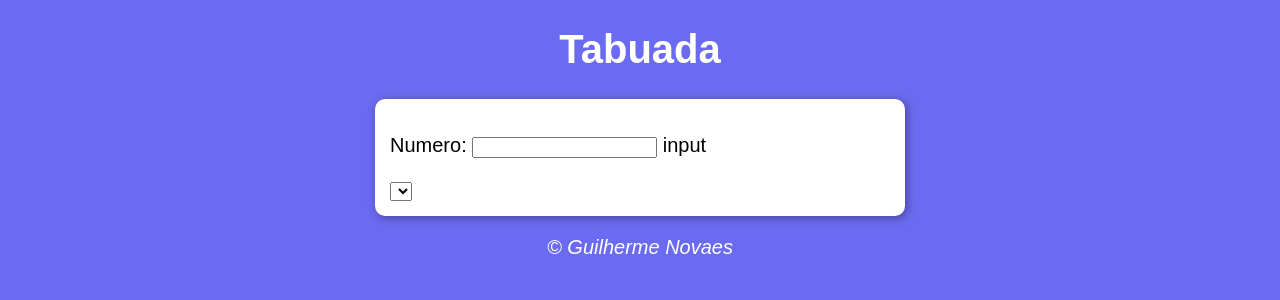
Repository: Guilherme-RNovaes/JavaScript-Curso
Page: Aula 14ex/ex017/index.html
An editor plug-in stored every save of this project. The page is shown before and after the next save, followed by the edit.
The browser window is 1280 px wide. The pictures show the whole page.

Above is the page before, as saved 2022-09-10 09:32:46.

After the next save:
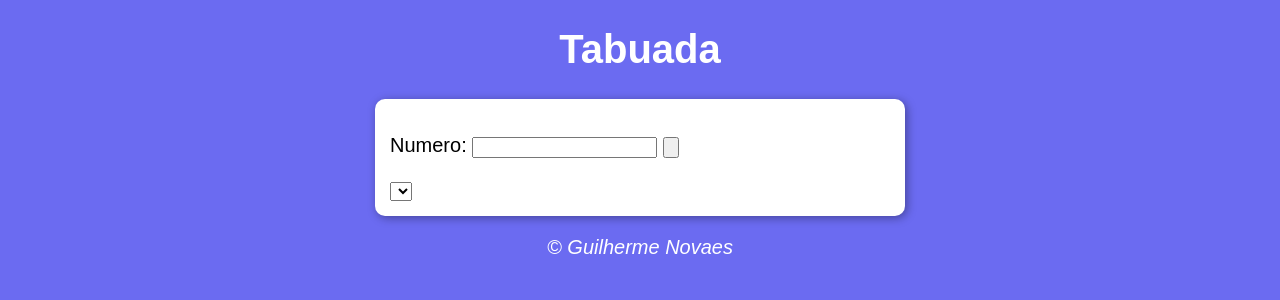
Saved 5 s later.
--- a/Aula 14ex/ex017/index.html
+++ b/Aula 14ex/ex017/index.html
@@ -13,7 +13,7 @@
     </header>
     <section>
         <div>
-            <p>Numero: <input type="number" name="num" id="txtn"> input </p>
+            <p>Numero: <input type="number" name="num" id="txtn"> <input type="button" value=""> </p>
         </div>
         <div>
             <select name="tabuada" id="seltab"></select>
